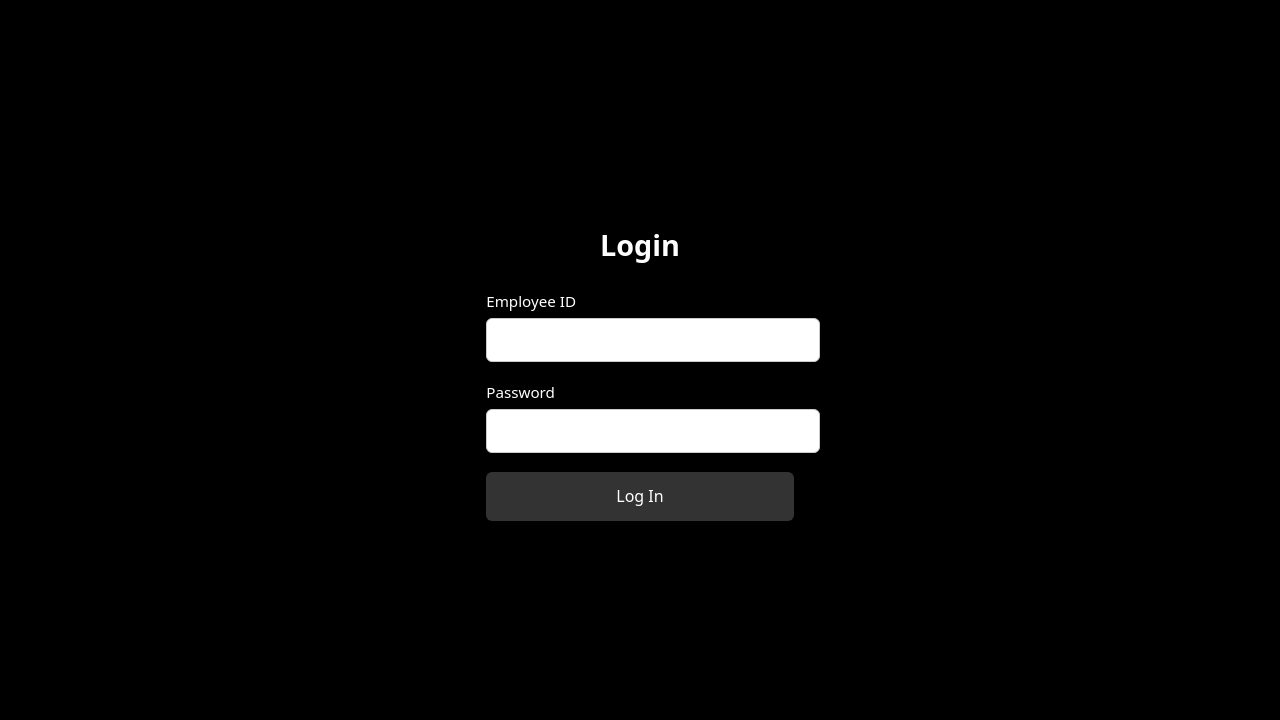
Repository: iEstebanx/quscina
Page: /
The author's editor kept a copy of each file at every save. The page is drawn from the files as they stood at one save, then again after the next save.
The browser window is 1280 px wide. The pictures show the whole page.
The project was rebuilt for these pictures with package versions that can differ from the ones it lists, and the page was loaded fresh each time. Also part of the build but not shown: vite.config.js, src/components/Header/Header.module.css, src/components/Header/Header.jsx, src/layouts/MainLayout.jsx, src/pages/Menu/Menu.jsx.

Above is the page before, as saved 2025-07-19 21:40:57.

### src/index.css
:root {
  font-family: system-ui, Avenir, Helvetica, Arial, sans-serif;
  line-height: 1.5;
  font-weight: 400;

  color-scheme: light dark;
  color: rgba(255, 255, 255, 0.87);
  background-color: #242424;

  font-synthesis: none;
  text-rendering: optimizeLegibility;
  -webkit-font-smoothing: antialiased;
  -moz-osx-font-smoothing: grayscale;
}

a {
  color: inherit;
  text-decoration: none;
}
a:hover {
  color: #535bf2;
}

body {
  margin: 0;
  padding: 0;
  box-sizing: border-box;
  min-width: 320px;
  min-height: 100vh;
}

ul {
  list-style: none;
  margin: 0;
  padding: 0;
}

/* Button styling override */
button {
  border-radius: 8px;
  border: 1px solid transparent;
  padding: 0.6em 1.2em;
  font-size: 1em;
  font-weight: 500;
  font-family: inherit;
  background-color: #1a1a1a;
  cursor: pointer;
  transition: border-color 0.25s;
}
button:hover {
  border-color: #646cff;
}
button:focus,
button:focus-visible {
  outline: 4px auto -webkit-focus-ring-color;
}

/* .menu-layout {
  display: flex;
  height: 100vh;
  overflow: hidden;
}

.menu-layout > * {
  height: 100%;
}

.sidebar-categories {
  width: 180px;
  background-color: #4b2a1a;
  color: white;
  flex-shrink: 0;
}

.cart {
  width: 280px;
  background-color: #6b3b1f;
  color: white;
  flex-shrink: 0;
}

.food-grid {
  flex-grow: 1;
  background: white;
  padding: 1rem;
  display: grid;
  grid-template-columns: repeat(auto-fill, minmax(150px, 1fr));
  gap: 1rem;
  overflow-y: auto;
} */


@media (prefers-color-scheme: light) {
  :root {
    color: #213547;
    background-color: #ffffff;
  }

  a:hover {
    color: #747bff;
  }

  button {
    background-color: #f9f9f9;
  }
}

### src/App.jsx
import { BrowserRouter } from 'react-router-dom';
import AppRoutes from './routes/AppRoutes';
import { AuthProvider } from './context/AuthContext';
import { ShiftProvider } from './context/ShiftContext';
import { CartProvider } from './context/CartContext';

function App() {
  return (
    <BrowserRouter>
      <AuthProvider>
        <ShiftProvider>
          <CartProvider>
            <AppRoutes />
          </CartProvider>
        </ShiftProvider>
      </AuthProvider>
    </BrowserRouter>
  );
}

export default App;

### src/routes/AppRoutes.jsx
import { Routes, Route } from 'react-router-dom';
import MainLayout from '../layouts/MainLayout';
import EmptyLayout from '../layouts/EmptyLayout';

import LoginPage from '../pages/Login/LoginPage';
import MenuPage from '../pages/Menu/Menu';
import ReceiptsPage from '../pages/Receipts/ReceiptsPage';
import ShiftPage from '../pages/Shift/ShiftPage';
import RefundPage from '../pages/Refund/RefundPage';
import NotFound from '../pages/NotFound';

const AppRoutes = () => {
  return (
    <Routes>
      {/* Public */}
      <Route element={<EmptyLayout />}>
        <Route path="/" element={<LoginPage />} />
      </Route>

      {/* Protected */}
      <Route element={<MainLayout />}>
        <Route path="/menu" element={<MenuPage />} />
        <Route path="/receipts" element={<ReceiptsPage />} />
        <Route path="/shift" element={<ShiftPage />} />
        <Route path="/refund" element={<RefundPage />} />
      </Route>

      {/* Fallback */}
      <Route path="*" element={<NotFound />} />
    </Routes>
  );
};

export default AppRoutes;

### src/context/AuthContext.jsx
import { createContext, useContext, useState } from 'react';

const AuthContext = createContext();

export function AuthProvider({ children }) {
  const [user, setUser] = useState(null);

  const login = (userData) => setUser(userData);
  const logout = () => setUser(null);

  return (
    <AuthContext.Provider value={{ user, login, logout, isLoggedIn: !!user }}>
      {children}
    </AuthContext.Provider>
  );
}

export function useAuth() {
  return useContext(AuthContext);
}

### src/context/ShiftContext.jsx
import { createContext, useContext, useState } from 'react';

const ShiftContext = createContext();

export function ShiftProvider({ children }) {
  const [shift, setShift] = useState({
    isOpen: false,
    startAmount: 0,
  });

  const openShift = (amount) => setShift({ isOpen: true, startAmount: amount });
  const closeShift = () => setShift({ isOpen: false, startAmount: 0 });

  return (
    <ShiftContext.Provider value={{ shift, openShift, closeShift }}>
      {children}
    </ShiftContext.Provider>
  );
}

export function useShift() {
  return useContext(ShiftContext);
}

### src/context/CartContext.jsx
import { createContext, useContext, useState } from 'react';

const CartContext = createContext();

export function CartProvider({ children }) {
  const [items, setItems] = useState([]);

  const addItem = (item) => {
    setItems((prev) => {
      const exists = prev.find((i) => i.id === item.id);
      if (exists) {
        return prev.map((i) =>
          i.id === item.id ? { ...i, quantity: i.quantity + 1 } : i
        );
      }
      return [...prev, { ...item, quantity: 1 }];
    });
  };

  const removeItem = (id) => {
    setItems((prev) => prev.filter((i) => i.id !== id));
  };

  const clearCart = () => setItems([]);

  const total = items.reduce((acc, item) => acc + item.price * item.quantity, 0);

  return (
    <CartContext.Provider value={{ items, addItem, removeItem, clearCart, total }}>
      {children}
    </CartContext.Provider>
  );
}

export function useCart() {
  return useContext(CartContext);
}

### src/layouts/EmptyLayout.jsx
import { Outlet } from 'react-router-dom';
import styles from './EmptyLayout.module.css';

const EmptyLayout = () => {
  return (
    <div className={styles.emptyLayout}>
      <Outlet />
    </div>
  );
};

export default EmptyLayout;

### src/pages/Login/LoginPage.jsx
// pages/Login/LoginPage.jsx
import { useState } from 'react';
import styles from './Login.module.css';

const LoginPage = () => {
  const [employeeID, setEmployeeID] = useState('');
  const [password, setPassword] = useState('');

  const handleLogin = (e) => {
    e.preventDefault();
    console.log('Logging in with:', { employeeID, password });
    // Replace with real login logic
  };

  return (
    <div className={styles.loginWrapper}>
      <form className={styles.loginForm} onSubmit={handleLogin}>
        <h2 className={styles.title}>Login</h2>

        <label className={styles.label}>Employee ID</label>
        <input
          type="text"
          className={styles.input}
          value={employeeID}
          onChange={(e) => setEmployeeID(e.target.value)}
          required
        />

        <label className={styles.label}>Password</label>
        <input
          type="password"
          className={styles.input}
          value={password}
          onChange={(e) => setPassword(e.target.value)}
          required
        />

        <button type="submit" className={styles.button}>
          Log In
        </button>
      </form>
    </div>
  );
};

export default LoginPage;

### src/layouts/EmptyLayout.module.css
.emptyLayout {
  display: flex;
  justify-content: center;
  align-items: center;
  height: 100vh;
  background-color: black;
}

### src/pages/Login/Login.module.css
.loginWrapper {
  display: flex;
  justify-content: center;
  align-items: center;
  height: 100vh;
  background: black;
}

.loginForm {
  background: black;
  padding: 2rem 2.5rem;
  border-radius: 10px;
  box-shadow: 0 8px 16px rgba(0, 0, 0, 0.1);
  width: 100%;
  max-width: 380px;
}

.title {
  font-size: 1.8rem;
  font-weight: bold;
  margin-bottom: 1.5rem;
  text-align: center;
  color: white;
}

.label {
  display: block;
  font-size: 0.95rem;
  margin-bottom: 0.3rem;
  color: white;
}

.input {
  width: 100%;
  padding: 0.75rem;
  margin-bottom: 1.2rem;
  border: 1px solid #ccc;
  border-radius: 6px;
  font-size: 1rem;
  transition: border 0.2s ease;
}

.input:focus {
  border-color: white;
  outline: none;
}

.button {
  width: 100%;
  padding: 0.85rem;
  background: #333;
  color: white;
  font-size: 1rem;
  border: none;
  border-radius: 6px;
  cursor: pointer;
  transition: background 0.3s ease;
}

.button:hover {
  background: white;
}

Loaded but not shown: index.html (common file); src/main.jsx (common file); src/pages/Receipts/ReceiptsPage.jsx (no stored copy; drawn as an empty file); src/pages/Shift/ShiftPage.jsx (no stored copy; drawn as an empty file); src/pages/Refund/RefundPage.jsx (no stored copy; drawn as an empty file); src/pages/Notfound.jsx (no stored copy; drawn as an empty file)

After the next save:
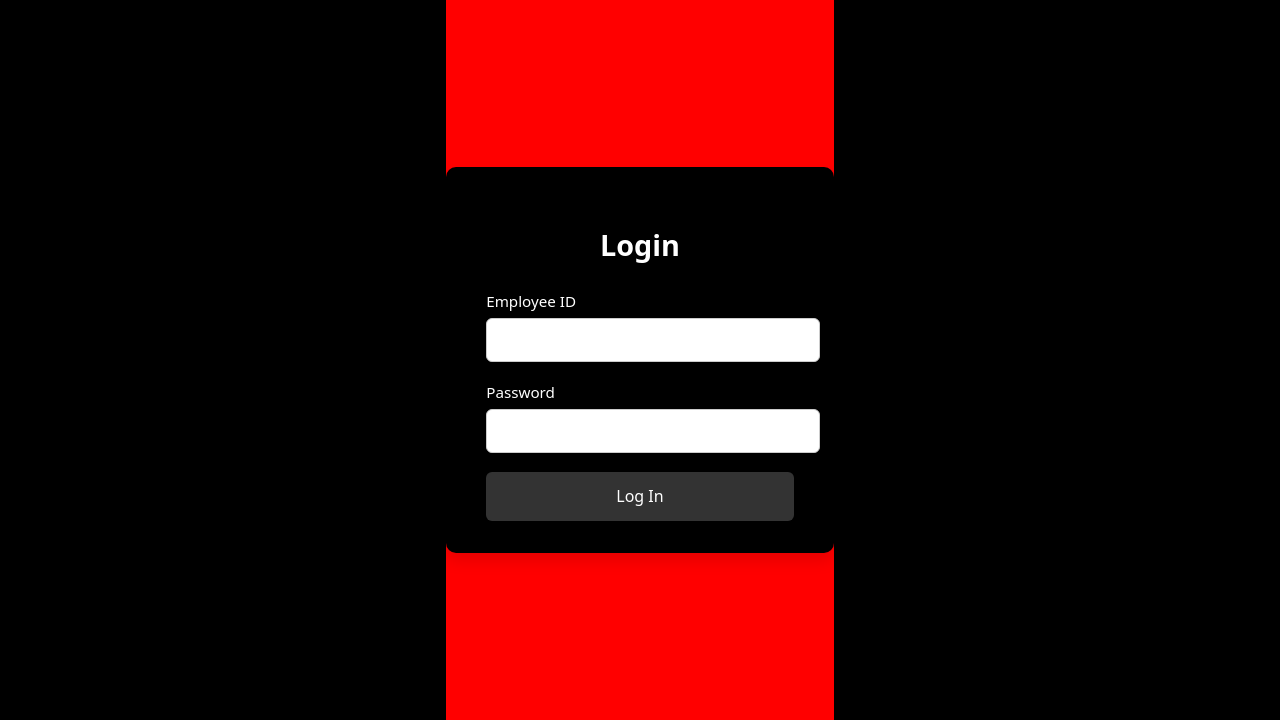
Saved 3 min 0 s later.
--- a/src/pages/Login/Login.module.css
+++ b/src/pages/Login/Login.module.css
@@ -3,7 +3,7 @@
   justify-content: center;
   align-items: center;
   height: 100vh;
-  background: black;
+  background: red;
 }
 
 .loginForm {
